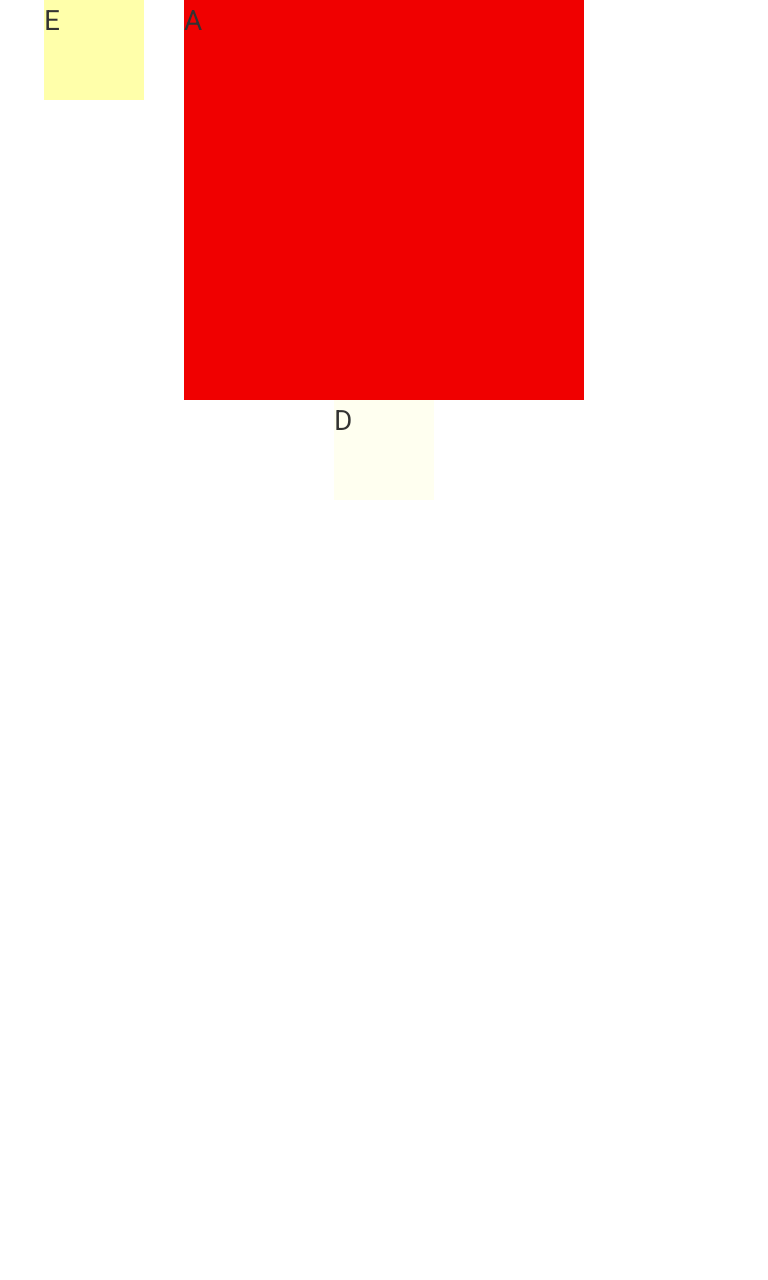
Repository: ablanchard/formation-android
Layout: Bonus/res/layout/fragment_main.xml
An editor plug-in stored every save of this project. The layout is shown before and after the next save, followed by the edit.
It is drawn on a 768 x 1280 px phone screen (xhdpi) without system bars, with theme AppTheme; the app's code is not run.

Above is the layout before, as saved 2014-04-29 09:49:53.

After the next save:
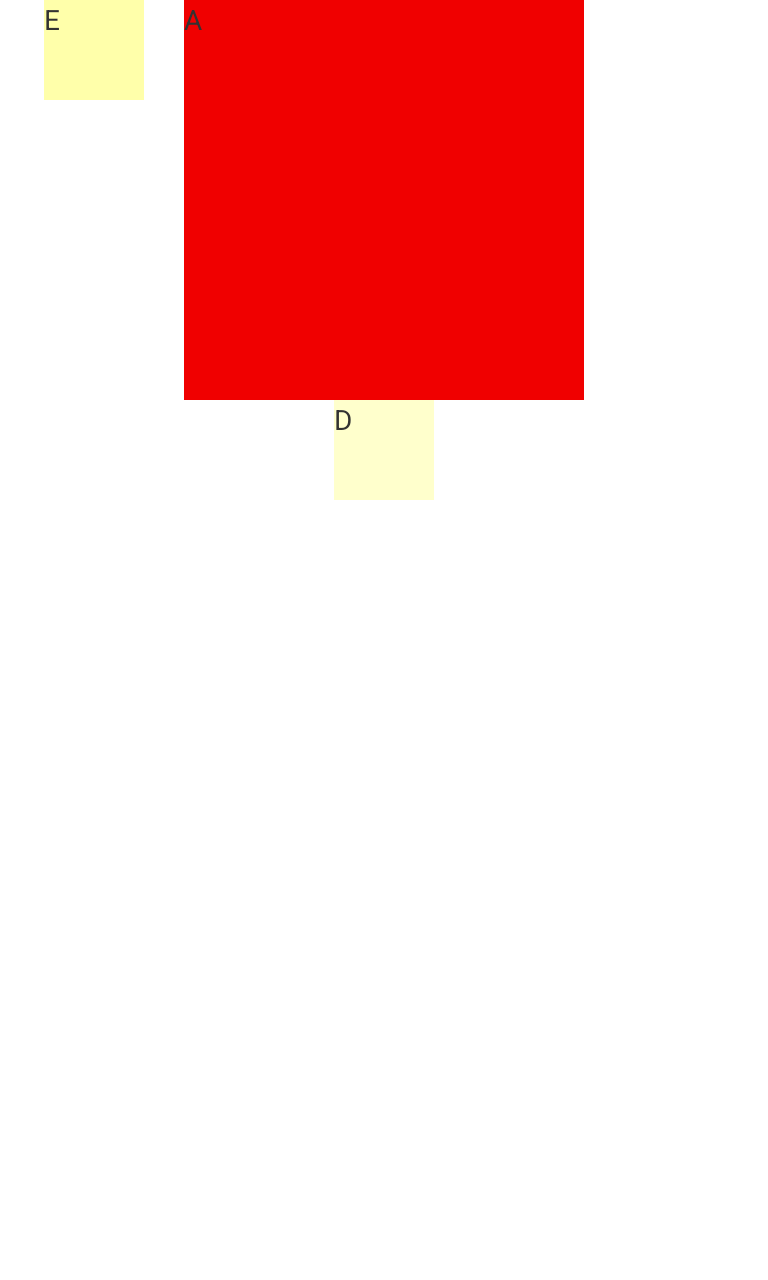
Saved 9 s later.
--- a/Bonus/res/layout/fragment_main.xml
+++ b/Bonus/res/layout/fragment_main.xml
@@ -29,7 +29,7 @@
         android:layout_height="50dp"
         android:text="D"
         android:id="@+id/D"
-        android:background="#FFFFFFF0"
+        android:background="#FFFFFFCC"
         android:layout_centerHorizontal="true"
         android:layout_below="@+id/A"/>
 
